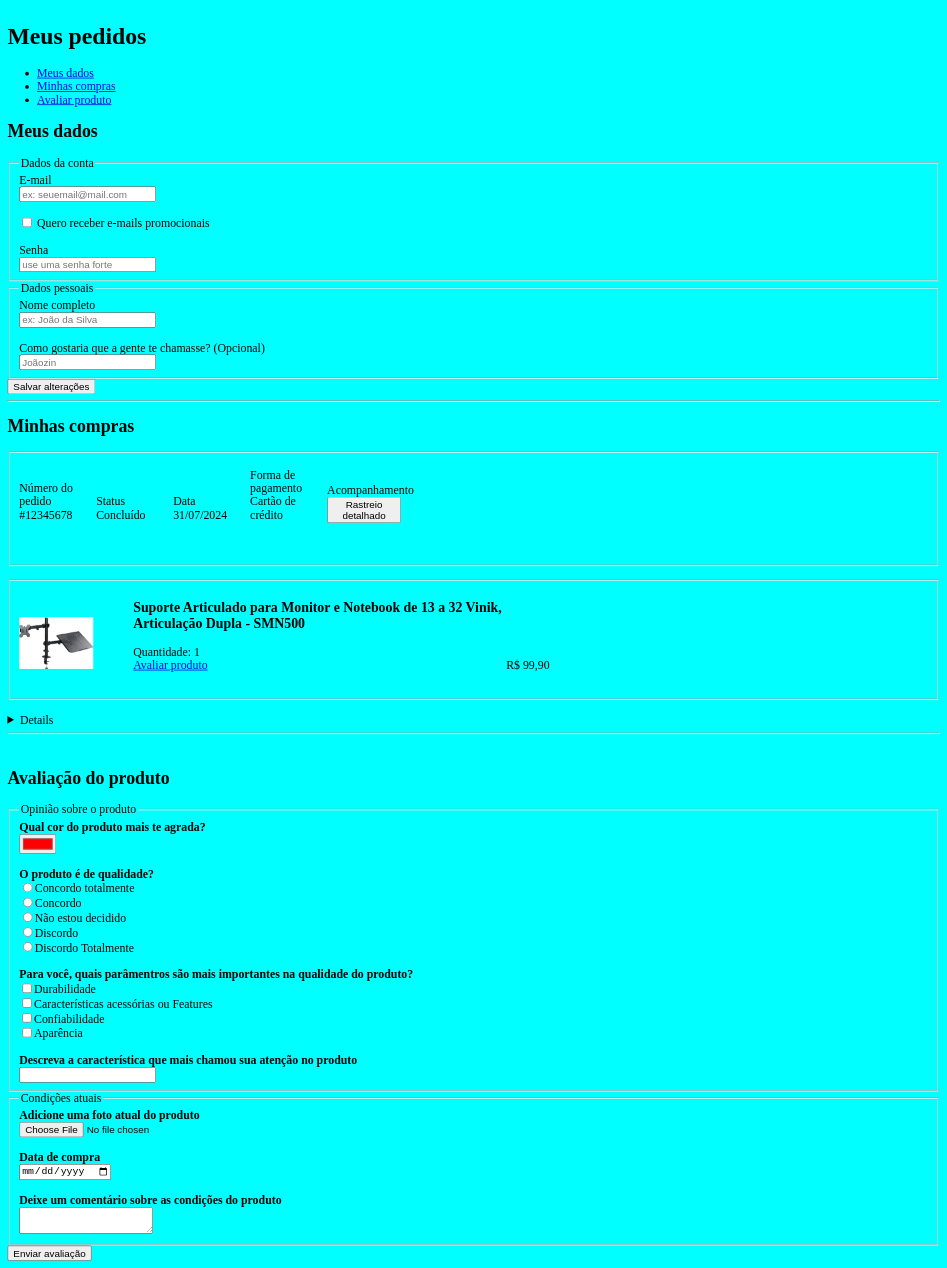
Repository: claudemir-camargo/site-compras
Page: index.html
An editor plug-in stored every save of this project. The page is shown before and after the next save, followed by the edit.
The browser window is 1280 px wide. The pictures show the whole page, at 74% of full size.

Above is the page before, as saved 2024-03-04 00:53:59.

### index.html
<!DOCTYPE html>
<html lang="en">

<head>
    <meta charset="UTF-8">
    <meta name="viewport" content="width=device-width, initial-scale=1.0">
    <link rel="stylesheet" type="text/css" href="css/style.css" />
    <title>Site de Compras</title>
</head>

<body>
    <h1>Meus pedidos</h1>
    <ul>
        <li><a href="#meus-dados">Meus dados</a></li>
        <li><a href="#minhas-compras">Minhas compras</a></li>
        <li><a href="#avaliacao-produto">Avaliar produto</a></li>
    </ul>
    <h2 id="meus-dados">Meus dados</h2>
    <!-- Conta -->
    <fieldset>
        <legend>Dados da conta</legend>
        <form>
            <label>E-mail</label><br>
            <input type="email" id="email" name="email" placeholder="ex: seuemail@mail.com"><br><br>
            <input type="checkbox">
            <label>Quero receber e-mails promocionais</label><br><br>
            <label>Senha</label><br>
            <input type="password" placeholder="use uma senha forte">
        </form>
    </fieldset>
    <!-- Pessoais -->
    <fieldset>
        <legend>Dados pessoais</legend>
        <form>
            <label>Nome completo</label><br>
            <input type="text" placeholder="ex: João da Silva"><br><br>
            <label>Como gostaria que a gente te chamasse? (Opcional) </label><br>
            <input type="text" placeholder="Joãozin">
        </form>
    </fieldset>
    <button type="button">Salvar alterações</button>
    <hr>
    <!-- Minhas compras -->
    <h2 id="minhas-compras">Minhas compras</h2>
    <fieldset>
        <div id="div1">
            <p>Número do pedido<br>#12345678</p>
        </div>
        <div id="div2">
            <p>Status<br>Concluído</p>
        </div>
        <div id="div3">
            <p>Data<br>31/07/2024</p>
        </div>
        <div id="div4">
            <p>Forma de pagamento<br>Cartão de crédito</p>
        </div>
        <div id="div5">
            <p>Acompanhamento<br><a href="#rastreioModal"><button>Rastreio detalhado</button></a></p>
        </div>
    </fieldset>
    <div id="rastreioModal" class="modal">
        <h2>Rastreio detalhado</h2>
        <p>Seu pedido foi entregue com sucesso!<br>
            Entregue por: GFL<br>
            Código de rasteeio: 123456789<br>
            Entregue em: 31/07/2024<br>
        </p>
        <a href="#">Fechar</a>
    </div>

    <!-- Produto -->
    <br>
    <fieldset>
        <div class="imagem"><img src="img/suporte.jpg" alt="Suporte"></div>
        <div class="produto">
            <h3>
                <p>Suporte Articulado para Monitor e Notebook de 13 a 32 Vinik,
                    Articulação Dupla - SMN500</p>
            </h3>
            Quantidade: 1<br>
            <a href="#avaliacao-produto">Avaliar produto</a><br>
        </div>
        R$ 99,90
    </fieldset>
    <br>
    <details tag="Detalhes de Envio e Pagamento">
        <p></p>
        <strong>Endereço de entrega</strong><br>
        Avenida Estelita Falcão<br>
        Número 12, Centro<br>
        CEP 48170-970 - Itapetininga/São Paulo
        <br><br>
        <strong>Forma de Pagamento</strong><br>
        Cartão de crédito<br>
        Master Card **** **** **** 1234<br>
        Titular: Claudemir Camargo
        <br><br>
        <strong>Frete</strong>
        R$ 15,50<br>
        Enviado por GFL<br>
        Entregue
    </details>
    <hr>
    <br>
    <form>
        <h2 id="avaliacao-produto">Avaliação do produto</h2>
        <fieldset>
            <legend>Opinião sobre o produto</legend>
            <label><strong>Qual cor do produto mais te agrada?</strong></label><br>
            <input type="color" value="#ff0000"><br><br>
            <label><strong>O produto é de qualidade?</strong></label><br>
            <input type="radio" name="qualidade"><label>Concordo totalmente</label><br>
            <input type="radio" name="qualidade"><label>Concordo</label><br>
            <input type="radio" name="qualidade"><label>Não estou decidido</label><br>
            <input type="radio" name="qualidade"><label></label>Discordo</label><br>
            <input type="radio" name="qualidade"><label></label>Discordo Totalmente</label>
            <br><br>
            <label><strong>Para você, quais parâmentros são mais importantes na qualidade do
                    produto?</strong></label><br>
            <input type="checkbox"><label>Durabilidade</label><br>
            <input type="checkbox"><label>Características acessórias ou Features</label><br>
            <input type="checkbox"><label>Confiabilidade</label><br>
            <input type="checkbox"><label>Aparência</label>
            <br><br>
            <label><strong>Descreva a característica que mais chamou sua atenção no produto</strong></label><br>
            <input list="browsers" name="browser" id="browser">
            <datalist id="browsers">
                <option value="Cor">
                <option value="Tamanho">
                <option value="Peso">
                <option value="Material">
            </datalist>
        </fieldset>
        <fieldset>
            <legend>Condições atuais</legend>
            <label><strong>Adicione uma foto atual do produto</strong></label><br>
            <input type="file">
            <br><br>
            <label><strong>Data de compra</strong></label><br>
            <input type="date">
            <br><br>
            <label><strong>Deixe um comentário sobre as condições do produto</strong></label><br>
            <textarea name="comentario"></textarea>
        </fieldset>
        <button type="button">Enviar avaliação</button>
    </form>
</body>

</html>

### css/style.css
img {
    height: 70px;
    width: 100px;
}

body{
    margin: 5px;
    padding: 5px;
    background-color:aqua
}

#div1, #div2, #div3, #div4, #div5 {
    width: 100px;
    height: 100px;
    display: inline-block;
}

.imagem {
    width: 150px;
    height: 100px;
    display: inline-block;
}

.produto {
    width: 500px;
    height: 100px;
    display: inline-block;
}

.modal {
    display: none;
    position: fixed;
    top: 50%;
    left: 50%;
    transform: translate(-50%, -50%);
    background-color: #f9f9f9;
    padding: 20px;
    border: 1px solid #ccc;
    box-shadow: 0 2px 10px rgba(0, 0, 0, 0.1);
    z-index: 1000;
}

.modal:target {
    display: block;
}

After the next save:
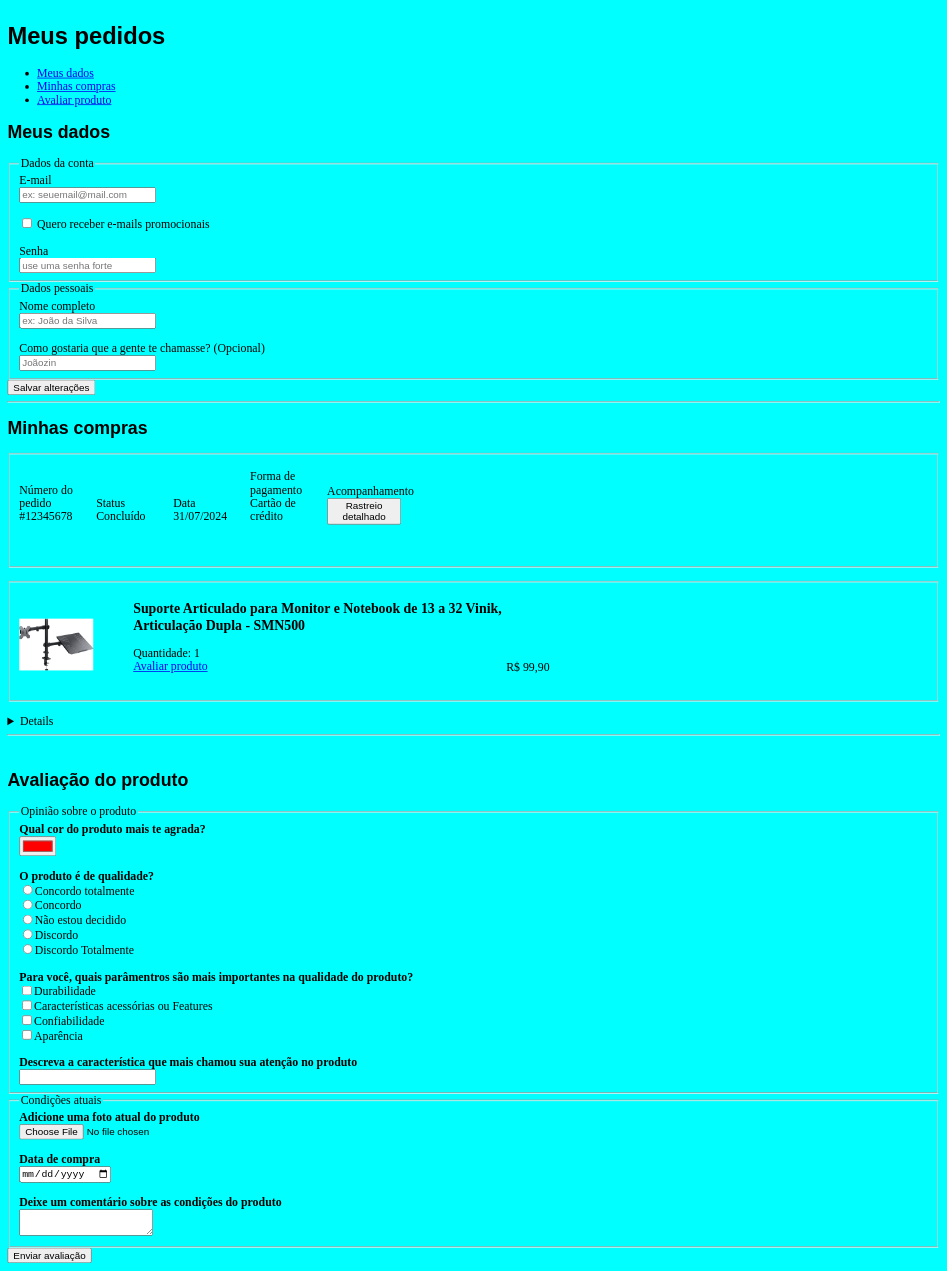
Saved 5 min 29 s later.
--- a/css/style.css
+++ b/css/style.css
@@ -1,3 +1,7 @@
+h1, h2 {
+    font-family: Arial, Helvetica, sans-serif;
+}
+
 img {
     height: 70px;
     width: 100px;
